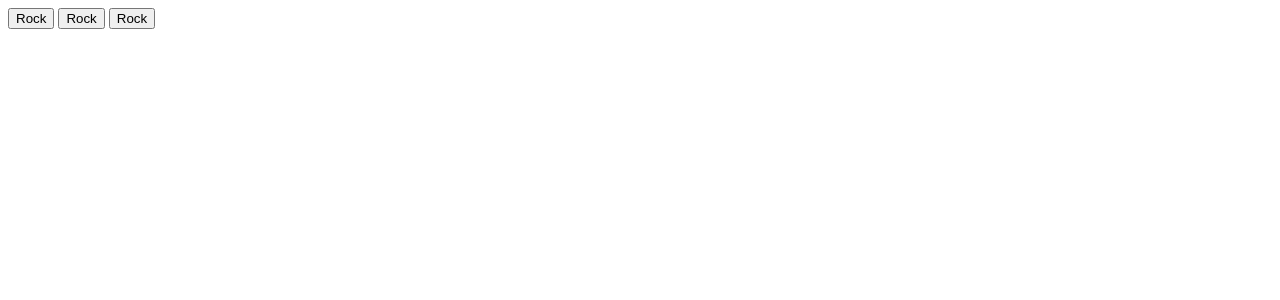
Repository: sokafootball/rock-paper-scissors
Page: index.html
An editor plug-in stored every save of this project. The page is shown before and after a run of saves, followed by the edit.
The browser window is 1280 px wide. The pictures show the whole page.

Above is the page before, as saved 2020-04-14 19:03:14.

### index.html
<html>
<body>
<div id="buttons-div">
  <button id="rock-btn">Rock</button>
  <button id="rock-btn">Rock</button>
  <button id="rock-btn">Rock</button>
</div>

  <script>
    const ROCK = `Rock`, PAPER = `Paper`, SCISSORS = `Scissors`
    const CHOICES = [ROCK, PAPER, SCISSORS]

    function game(){
        let playerSelection = getPlayerSelection()
        let computerSelection = computerPlay()
        console.log(playRound(playerSelection, computerSelection))
    }

    function computerPlay(){
      return CHOICES[Math.floor(Math.random() * 3)]
    }

    function getPlayerSelection(){
      let choice
      do{
        choice = prompt("Choose either Rock[1], Paper[2] or Scissors[3]")
      } while (isNaN(choice) || (choice < 1 || choice > 3))
      return CHOICES[choice - 1]
    }

    function showLoseMessage(playerSelection, computerSelection){
      return `You Lose! ${computerSelection} beats ${playerSelection}`
    }

     function showWinMessage(playerSelection, computerSelection){
      return `You Win! ${playerSelection} beats ${computerSelection}`
    }

    function playRound(playerSelection, computerSelection){
      if (playerSelection == computerSelection){
        return `Draw! You both selected ${playerSelection}`
      }
      if (playerSelection == ROCK){
        if (computerSelection == PAPER) return showLoseMessage(playerSelection, computerSelection)
        return showWinMessage(playerSelection, computerSelection)
      }
      if (playerSelection == SCISSORS){
        if (computerSelection == ROCK) return showLoseMessage(playerSelection, computerSelection)
        return showWinMessage(playerSelection, computerSelection)
      }
      if (playerSelection == PAPER){
        if (computerSelection == SCISSORS) return showLoseMessage(playerSelection, computerSelection)
        return showWinMessage(playerSelection, computerSelection)
      }
    }

  </script>
</body>

</html>

After the next 2 saves:
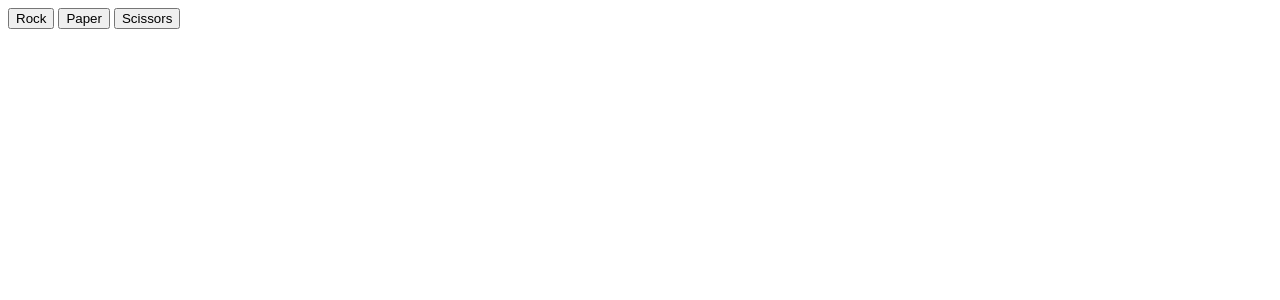
The 2 saves are shown as one change because they came seconds apart.
The last was saved 21 s later.
--- a/index.html
+++ b/index.html
@@ -2,8 +2,8 @@
 <body>
 <div id="buttons-div">
   <button id="rock-btn">Rock</button>
-  <button id="rock-btn">Rock</button>
-  <button id="rock-btn">Rock</button>
+  <button id="paper-btn">Paper</button>
+  <button id="scissors-btn">Scissors</button>
 </div>
 
   <script>
